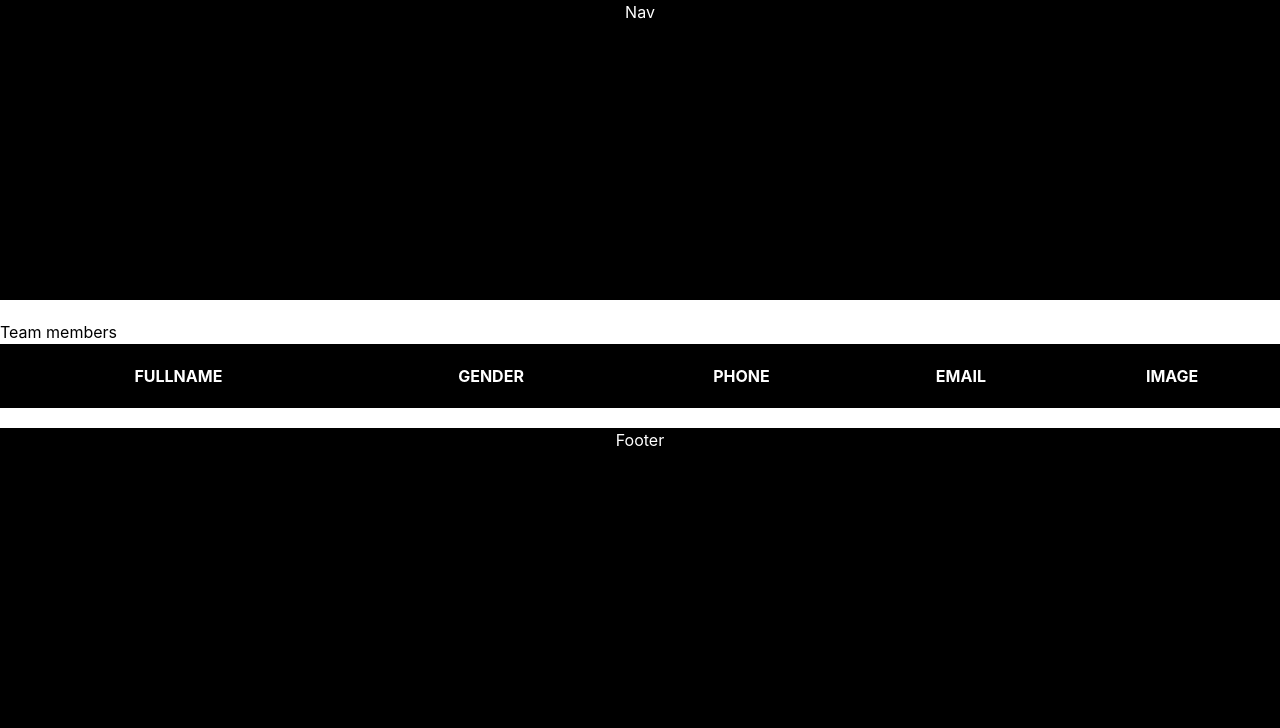
Repository: Eugene44-hub/SHRGroup46-capstone
Page: /members
These files come from the project's save history. The page is drawn as it stood at one moment and after the next save; the edit follows.
The browser window is 1280 px wide. The pictures show the whole page.
The page's requests for data from a server got no answer. The project was rebuilt for these pictures with package versions that can differ from the ones it lists, and the page was loaded fresh each time. No one was signed in, and anything a server would have sent is missing.

Above is the page before, as saved 2022-05-17 13:27:00.

### src/index.css
    @tailwind base;
    @tailwind components;
    @tailwind utilities;
    body {
        margin: 0;
        font-family: -apple-system, BlinkMacSystemFont, 'Segoe UI', 'Roboto', 'Oxygen', 'Ubuntu', 'Cantarell', 'Fira Sans', 'Droid Sans', 'Helvetica Neue', sans-serif;
        -webkit-font-smoothing: antialiased;
        -moz-osx-font-smoothing: grayscale;
    }

    code {
        font-family: source-code-pro, Menlo, Monaco, Consolas, 'Courier New', monospace;
    }

    .container {
        max-width: 1440px;
        margin: 0 auto;
    }

### src/App.js
import { lazy, Suspense, useEffect, useState } from "react";
import { Route, Routes,BrowserRouter as Router } from "react-router-dom";

//read through comments on each component and pages to understand properly

// only tailwind and css modules are used in this project, any additional libraries should be told to the lead before installation

//Note: you can use normal import statement on the pages. Lazy load is for only Routing pages

// API's too have been fetched in utility folder you can import and use with the syntax below

import { fetchAllData,fetchCompanyQuantity,fetchPersonQuantity,fetchProductQuantity } from "./utilities/apis";
// fetchAllData(input endpoint here to fetch all data).then(data =>console.log(data) )
// fetchPersonQuantity(input quantity here to fetch an amount of data).then(data =>console.log(data) )
// fetchProductQuantity(input quantity here to fetch an amount of data).then(data =>console.log(data) )
// fetchCompanyQuantity(input quantity here to fetch an amount of data).then(data =>console.log(data) )

// endpoints are as follows:
// https://fakerapi.it/api/v1/products?_quantity=1
// https://fakerapi.it/api/v1/companies?_quantity=1
// https://fakerapi.it/api/v1/persons?_quantity=10
// https://fakerapi.it/api/v1/products
// https://fakerapi.it/api/v1/companies
// https://fakerapi.it/api/v1/persons

// check utilities folder for more details on the api functions

// happy coding


const Nav=lazy(()=>import('./components/nav/Nav'));
const Home=lazy(()=>import('./pages/home/Home'));
const Dashboard=lazy(()=>import('./pages/dashboard/Dashboard'))
const Members=lazy(()=>import('./pages/members/Members'))
const Product=lazy(()=>import('./pages/product/Product'))
const Login=lazy(()=>import('./pages/login/Login'))
const Footer=lazy(()=>import('./components/footer/Footer'))



function App() {
  const [members,setMembers]=useState(null)

  useEffect(() => {
    fetchAllData("https://fakerapi.it/api/v1/persons").then(data =>setMembers(data))
  }, [])

  return (
    <div className="App">

<Suspense fallback={<h1>Loading...</h1>}>
  <Nav/>
  <Router>
<Routes>
<Route path="/" element={<Home/>} />
<Route path="/product" element={<Product/>} />
<Route path="/dashboard" element={<Dashboard/>} />
<Route path="/login" element={<Login/>} />
<Route path="/members" element={<Members members={members}/>} />
</Routes>
</Router>
<Footer/>
</Suspense>
    </div>
  );
}

export default App;

### src/utilities/apis.js
//this function takes in the url as an argument in string format

export const fetchAllData = async(url) => {
    const response = await fetch(url);
    const data = await response.json();
    return data;
}

//

// this part take in the quantity as an argument in integer format
export const fetchPersonQuantity = async(quantity) => {
    const response = await fetch(`https://fakerapi.it/api/v1/persons?_quantity=${quantity}`);
    const data = await response.json();
    return data;
}

export const fetchCompanyQuantity = async(quantity) => {

    const response = await fetch(`https://fakerapi.it/api/v1/companies?_quantity=${quantity}`);
    const data = await response.json();
    return data;
}

export const fetchProductQuantity = async(quantity) => {
    const response = await fetch(`https://fakerapi.it/api/v1/products?_quantity=${quantity}`);
    const data = await response.json();
    return data;
}



// https://fakerapi.it/api/v1/products?_quantity=1
// https://fakerapi.it/api/v1/companies?_quantity=1
// https://fakerapi.it/api/v1/persons?_quantity=10

### src/components/nav/Nav.jsx
import React from 'react'
import styles from './Nav.module.css'
const Nav = () => {
  return (
    <nav className={`${styles.nav}`}>
<div>Nav</div>
    </nav>
  )
}

export default Nav

### src/pages/members/Members.jsx
import React from 'react'
//components should be imported from here if needed
// make use of your normal import statement here to import components
// make use of the css module folder or tailwind or you can use inline styles
// check the sample on nav and footer for css modules


const Members = ({members}) => {

console.log(members);
  return (
    <section className='my-5'>
    <div className='container'>
    <header>
      Team members
    </header>
<table className='w-full bg-black text-white'>

    <tr>
      <th className='text-center py-5 text-[.5rem] md:text-[1rem] uppercase'>fullname</th>
      <th className='text-center py-5 text-[.5rem] md:text-[1rem] uppercase'>gender</th>
      <th className='text-center py-5 text-[.5rem] md:text-[1rem] uppercase'>phone</th>
      <th className='text-center py-5 text-[.5rem] md:text-[1rem] uppercase'>email</th>
      <th className='text-center py-5 text-[.5rem] md:text-[1rem] uppercase'>image</th>
    </tr>



  {members&&members.data.map((member,index) => (
      <tr>
      <td className='py-5 text-center text-[.5rem] md:text-[1rem]'>
      {member.firstname} {member.lastname}
      </td>
      <td className='py-5 text-center text-[.5rem] md:text-[1rem] capitalize'>
      {member.gender}
      </td>
      <td className='py-5 text-center text-[.5rem] md:text-[1rem]'>
      {member.phone}
      </td>
      <td className='py-5 text-center text-[.5rem] md:text-[1rem]'>
      {member.email}
      </td>
      <td className='py-5  text-center text-[.5rem] md:text-[1rem]'>
      <img src={member.image} className="w-[50px] mx-auto h-[50px] rounded-full" alt="" />
      </td>
      </tr>
      ))}


</table>

    </div>

    </section>
  )
}

export default Members

### src/components/footer/Footer.jsx
import React from 'react'
import styles from "./Footer.module.css"
const Footer = () => {
  return (
    <footer className={styles.footer}>Footer</footer>
  )
}

export default Footer

### src/components/nav/Nav.module.css
nav {
    height: 300px;
    background-color: black;
    color: white;
    text-align: center;
}

### src/components/footer/Footer.module.css
footer {
    height: 300px;
    background-color: black;
    color: white;
    text-align: center;
}

Loaded but not shown: public/index.html (common file); src/index.js (common file); tailwind.config.js (common file)

After the next save:
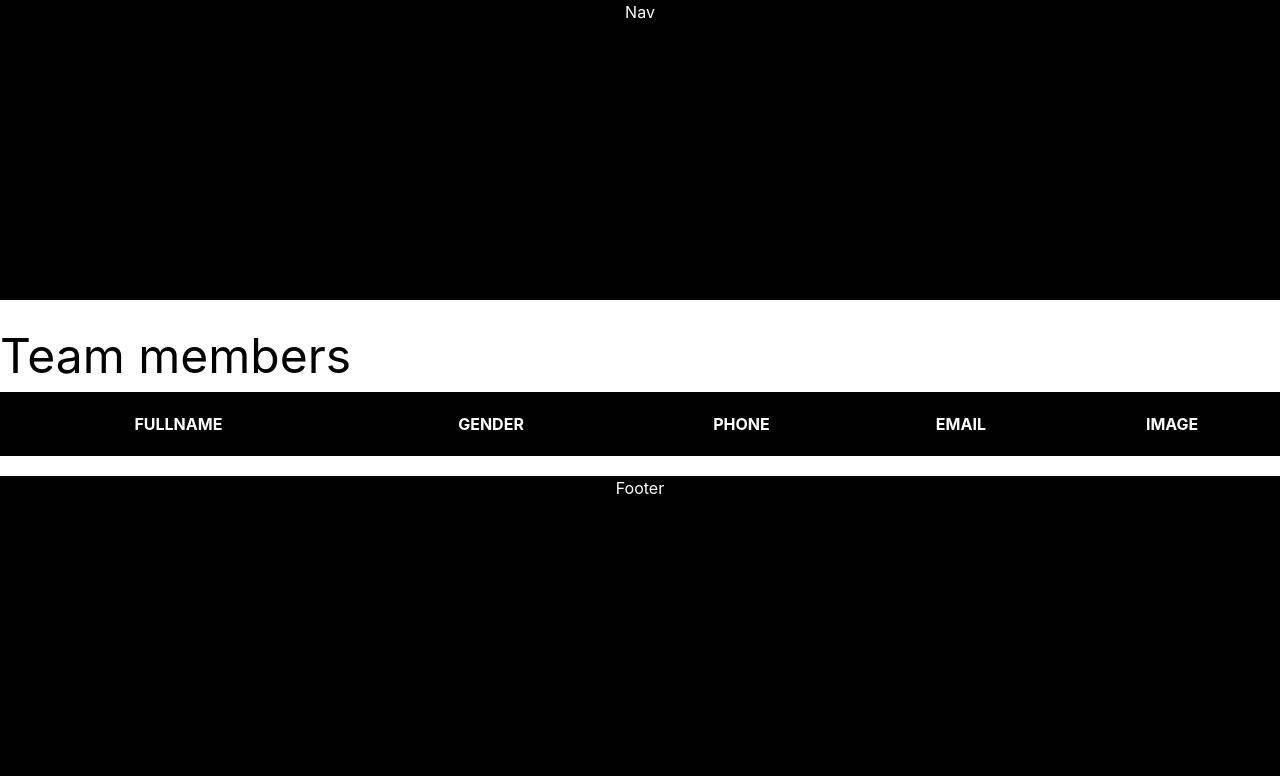
Saved 29 s later.
--- a/src/pages/members/Members.jsx
+++ b/src/pages/members/Members.jsx
@@ -11,7 +11,7 @@ console.log(members);
   return (
     <section className='my-5'>
     <div className='container'>
-    <header>
+    <header className='text-[3rem]'>
       Team members
     </header>
 <table className='w-full bg-black text-white'>
